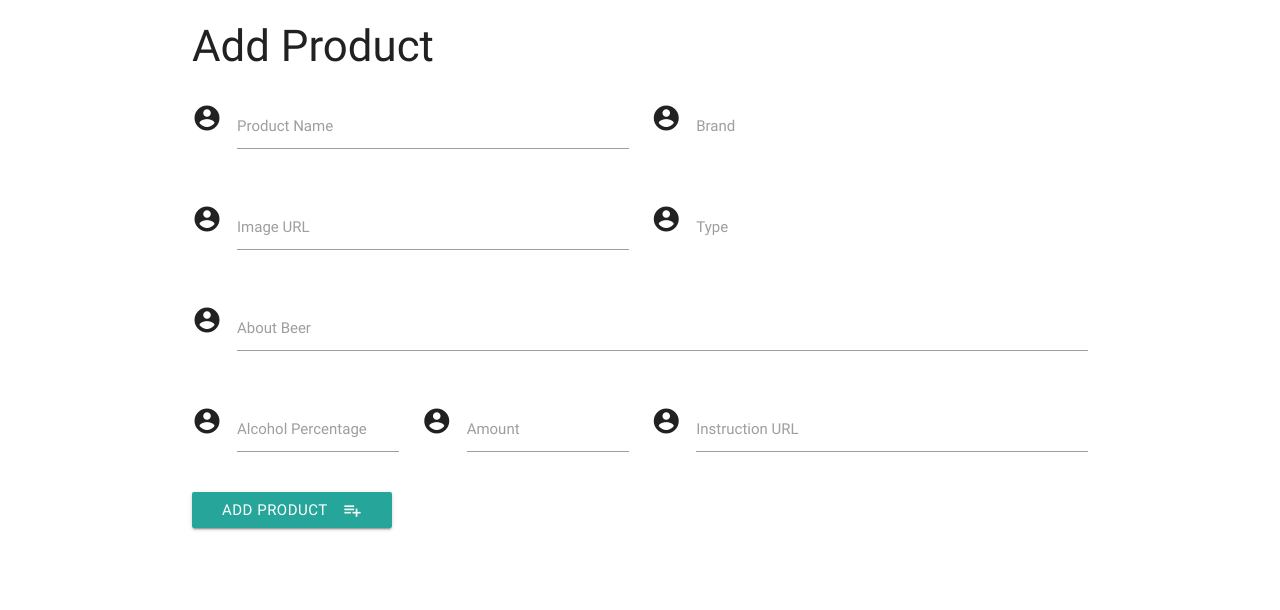
Repository: Leon2ev/lazy-brew
Page: http://localhost/add_product
The author's editor kept a record of every edit. The page is drawn from the files as they stood at one moment, then again after the next edit.
The browser window is 1280 px wide. The pictures show the whole page.
Some web libraries are served in a nearby version. The page is served by the project's application, run on Flask 3 (app.py). Queries for data that is not in the repository find no rows.

Above is the page before.

### templates/addproduct.html
{% extends 'base.html' %}
{% block content %}
        <div class="container">
            <h3>Add Product</h3>
            <div class="row">
                <form action="{{url_for('insert_product')}}" method="POST" class="col s12">
                    <div class="row">
                        <div class="input-field col s12 l6">
                            <i class="material-icons prefix">account_circle</i>
                            <input id="name" name="name" type="text" class="validate">
                            <label for="icon_prefix">Product Name</label>
                        </div>
                        <div class="input-field col s12 l6">
                            <i class="material-icons prefix">account_circle</i>
                            <select id="brand_name" name="brand_name">
                                <option value="" disabled selected>Choose Brand</option>
                                {% for brand in brands %}
                                    <option value={{brand.name}}>{{brand.name}}</option>
                                {% endfor %}
                            </select>
                            <label>Brand</label>
                        </div>
                    </div>
                    <div class="row">
                        <div class="input-field col s12 l6">
                            <i class="material-icons prefix">account_circle</i>
                            <input id="image_url" name="image_url" type="text" class="validate">
                            <label for="icon_prefix">Image URL</label>
                        </div>
                        <div class="input-field col s12 l6">
                            <i class="material-icons prefix">account_circle</i>
                            <select id="type_name" name="type_name">
                                <option value="" disabled selected>Choose Type</option>
                                {% for type in types %}
                                    <option value="{{type.name}}">{{type.name}}</option>
                                {% endfor %}
                            </select>
                            <label>Type</label>
                        </div>
                    </div>
                    <div class="row">
                        <div class="input-field col s12">
                            <i class="material-icons prefix">account_circle</i>
                            <input id="about" name="about" type="text" class="validate">
                            <label for="icon_prefix">About Beer</label>
                        </div>
                    </div>
                    <div class="row">
                        <div class="input-field col s12 l3">
                            <i class="material-icons prefix">account_circle</i>
                            <input id="abv" name="abv" type="text" class="validate">
                            <label for="icon_prefix">Alcohol Percentage</label>
                        </div>
                        <div class="input-field col s12 l3">
                            <i class="material-icons prefix">account_circle</i>
                            <input id="amount" name="amount" type="text" class="validate">
                            <label for="icon_prefix">Amount</label>
                        </div>
                        <div class="input-field col s12 l6">
                            <i class="material-icons prefix">account_circle</i>
                            <input id="instruction" name="instruction" type="text" class="validate">
                            <label for="icon_prefix">Instruction URL</label>
                        </div>
                    </div>
                    <div class="row">
                        <div class="col s12 l3">
                            <button class="btn waves-effect waves-light" type="submit">Add Product
                                <i class="material-icons right">playlist_add</i>
                            </button>
                        </div>

                    </div>
                </form>
            </div>
        </div>

{% endblock %}

### templates/base.html
<!DOCTYPE html>
<html lang="en">
    <head>
        <meta charset="UTF-8">
        <meta name="viewport" content="width=device-width, initial-scale=1.0">
        <meta http-equiv="X-UA-Compatible" content="ie=edge">

        <title>Document</title>

        <link href="https://fonts.googleapis.com/icon?family=Material+Icons" rel="stylesheet">
        <link rel="stylesheet"  href="https://cdnjs.cloudflare.com/ajax/libs/materialize/0.100.2/css/materialize.min.css">
    </head>
    <body>
        {% block content %}{% endblock %}
        <script src="https://cdnjs.cloudflare.com/ajax/libs/jquery/3.2.1/jquery.min.js"></script>
        <script src="https://cdnjs.cloudflare.com/ajax/libs/materialize/1.0.0/js/materialize.min.js"></script>
    </body>
</html>

### app.py
import os
from flask import Flask, render_template, redirect, request, url_for
from flask_pymongo import PyMongo
from bson.objectid import ObjectId

app = Flask(__name__)

# Connection to MongoDB

app.config["MONGO_DBNAME"] = 'beer_brewing'
app.config["MONGO_URI"] = os.getenv('MONGO_URI', 'mongodb://localhost')

mongo = PyMongo(app)

# App routes

@app.route('/')
@app.route('/get_products')
def get_products():
    return render_template("products.html",
    products=mongo.db.products.find())

@app.route('/add_product')
def add_product():
    return render_template("addproduct.html",
    brands=mongo.db.brands.find(),
    methods=mongo.db.methods.find(),
    types=mongo.db.types.find())

@app.route('/insert_product', methods=["POST"])
def insert_product():
    products=mongo.db.products
    products.insert_one(request.form.to_dict())
    return redirect(url_for('get_products'))

@app.route('/get_description')
def get_description():
    return render_template("description.html",
    products=mongo.db.products.find())

if __name__ == "__main__":
    app.run(host=os.environ.get('IP'),
        port=int(os.environ.get('PORT')),
        debug=True)

After the next edit:
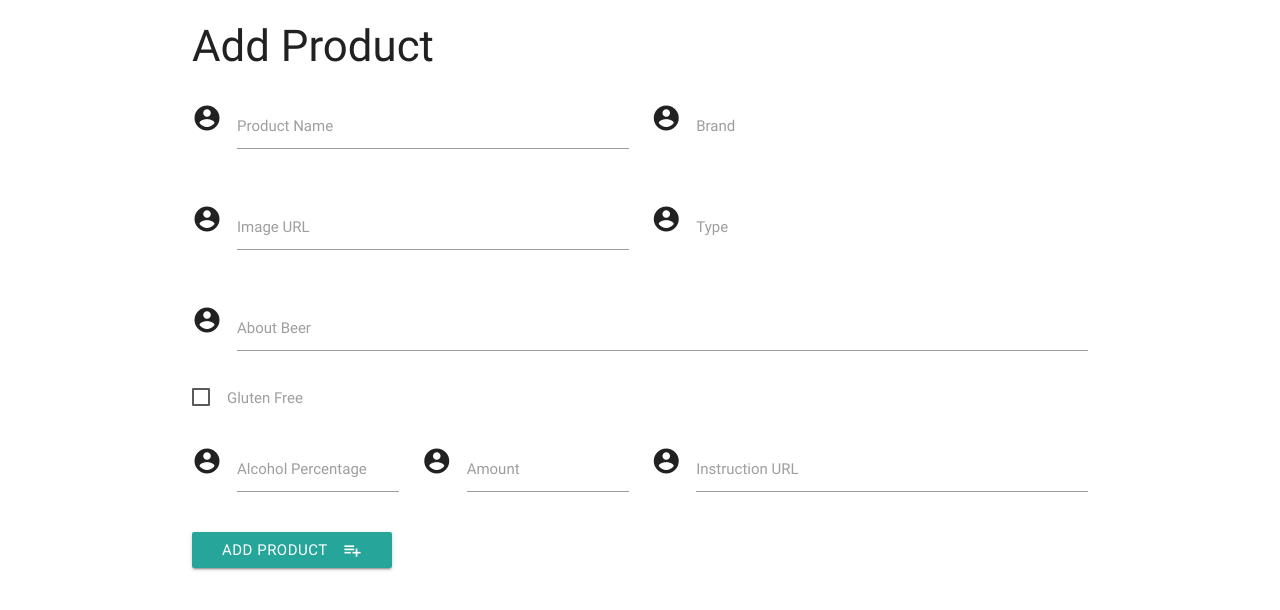
The edit:
--- a/templates/addproduct.html
+++ b/templates/addproduct.html
@@ -44,6 +44,12 @@
                             <input id="about" name="about" type="text" class="validate">
                             <label for="icon_prefix">About Beer</label>
                         </div>
+                        <div class="col s12 l2">
+                            <p>
+                                <input type="checkbox" id="gluten" name="gluten"/>
+                                <label for="gluten">Gluten Free</label>
+                            </p>
+                        </div>
                     </div>
                     <div class="row">
                         <div class="input-field col s12 l3">

After the edit that followed:
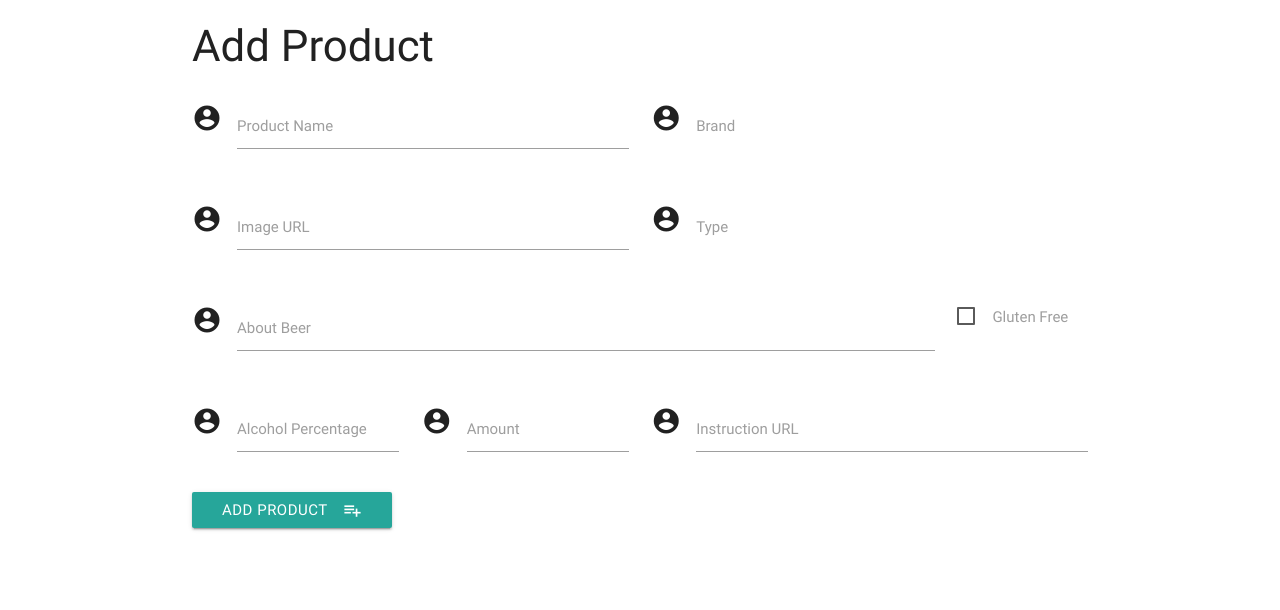
The edit:
--- a/templates/addproduct.html
+++ b/templates/addproduct.html
@@ -39,7 +39,7 @@
                         </div>
                     </div>
                     <div class="row">
-                        <div class="input-field col s12">
+                        <div class="input-field col s12 l10">
                             <i class="material-icons prefix">account_circle</i>
                             <input id="about" name="about" type="text" class="validate">
                             <label for="icon_prefix">About Beer</label>
